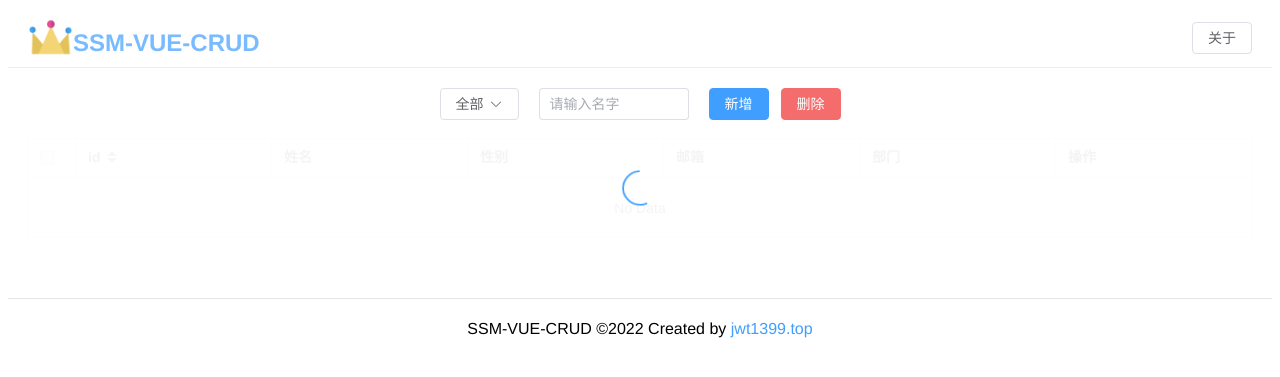
Repository: jwt1399/ssm-vue-crud
Page: / (app in ssm-crud-front/)
The author's editor kept a copy of each file at every save. The page is drawn from the files as they stood at one save, then again after the next save.
The browser window is 1280 px wide. The pictures show the whole page.
The page's requests for data from a server got no answer. The project was rebuilt for these pictures with package versions that can differ from the ones it lists, and the page was loaded fresh each time. No one was signed in, and anything a server would have sent is missing. Also part of the build but not shown: ssm-crud-front/vue.config.js.

Above is the page before, as saved 2022-06-17 10:28:51.

After the next save:
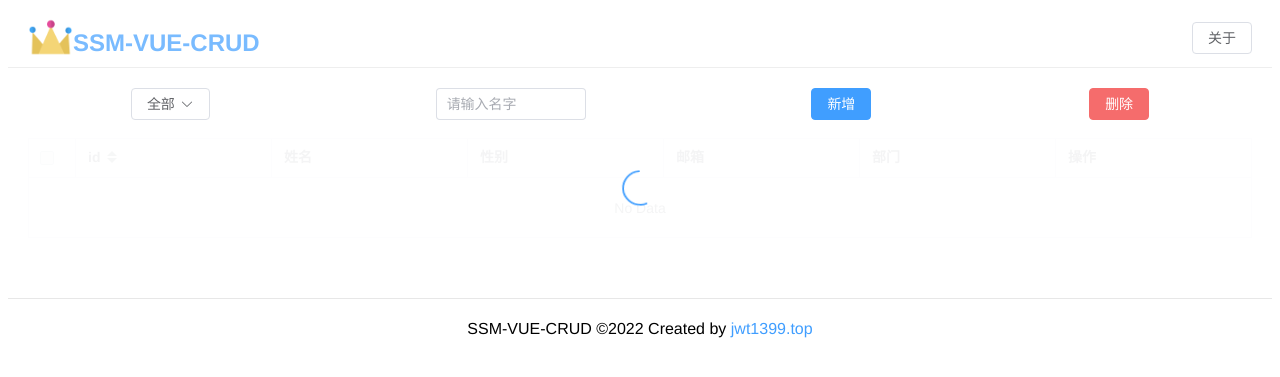
Saved 14 s later.
--- a/ssm-crud-front/src/views/CrudView.vue
+++ b/ssm-crud-front/src/views/CrudView.vue
@@ -400,7 +400,7 @@ function addSubmit() {
 }
 .nav-item {
   display: flex;
-  justify-content:center;
+  justify-content:space-around;
 }
 
 .nav-search {
